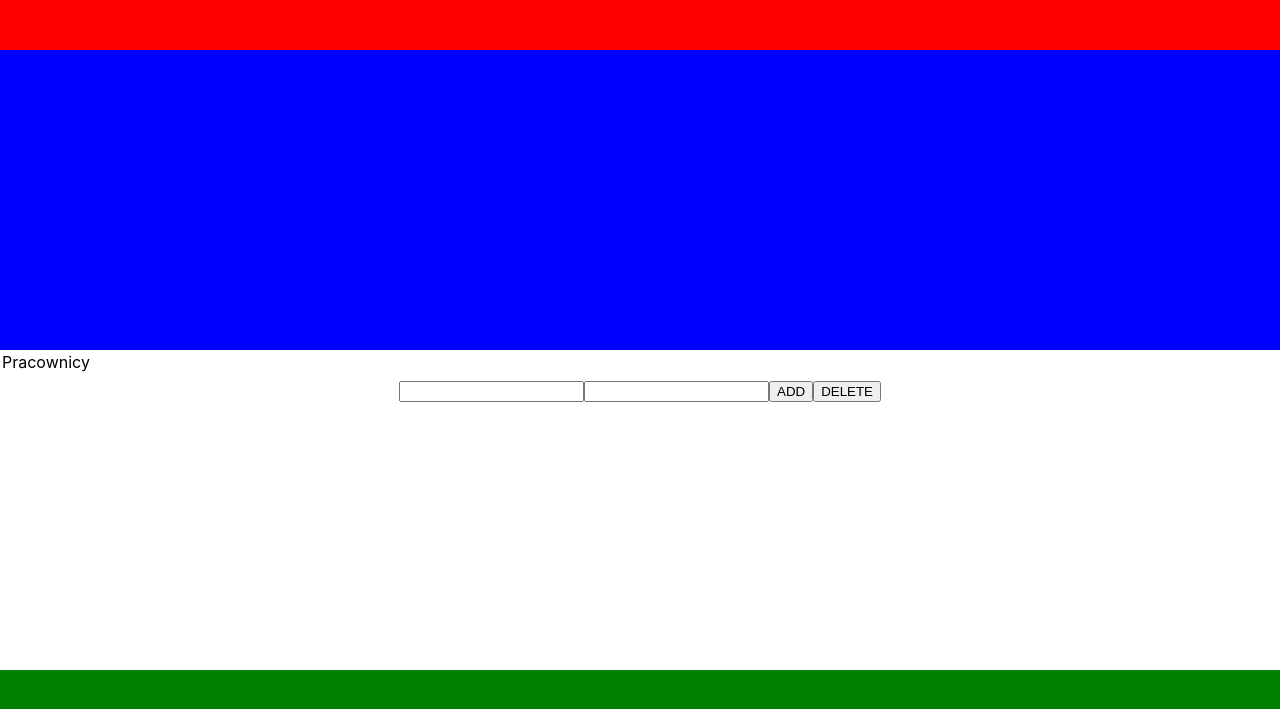
Repository: KarolPerechowski/task
Page: /
These files come from the project's save history. The page is drawn as it stood at one moment and after the next save; the edit follows.
The browser window is 1280 px wide. The pictures show the whole page.
The project was rebuilt for these pictures with package versions that can differ from the ones it lists, and the page was loaded fresh each time. Also part of the build but not shown: src/components/Sidebar/Sidebar.js.

Above is the page before, as saved 2022-09-19 15:58:13.

After the next save:
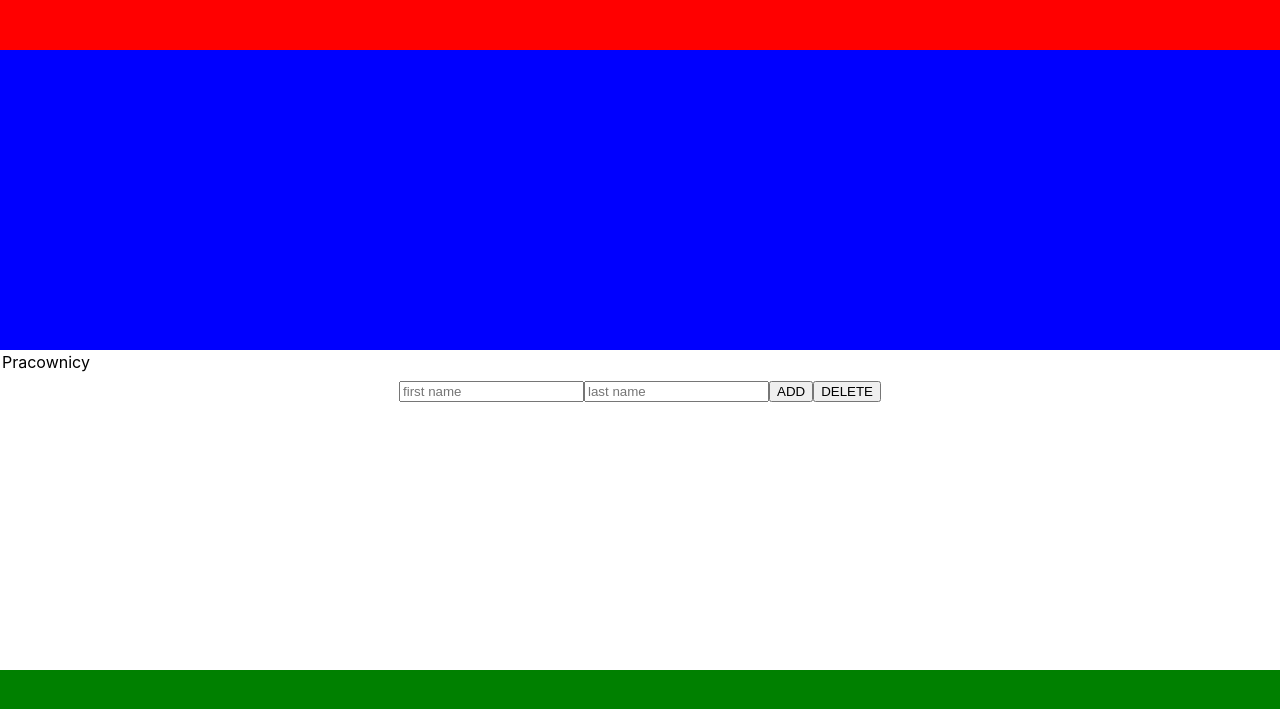
Saved 65 s later.
--- a/src/components/Table/Table.js
+++ b/src/components/Table/Table.js
@@ -38,8 +38,19 @@ export default function Table() {
         </tbody>
       </table>
       <form onSubmit={handleSubmit}>
-        <input type='text' name='firstName' onChange={handleAdd}></input>
-        <input input type='text' name='lastName' onChange={handleAdd}></input>
+        <input
+          type='text'
+          name='firstName'
+          placeholder='first name'
+          onChange={handleAdd}
+        ></input>
+        <input
+          input
+          type='text'
+          name='lastName'
+          placeholder='last name'
+          onChange={handleAdd}
+        ></input>
         <button>ADD</button>
         <button>DELETE</button>
       </form>
